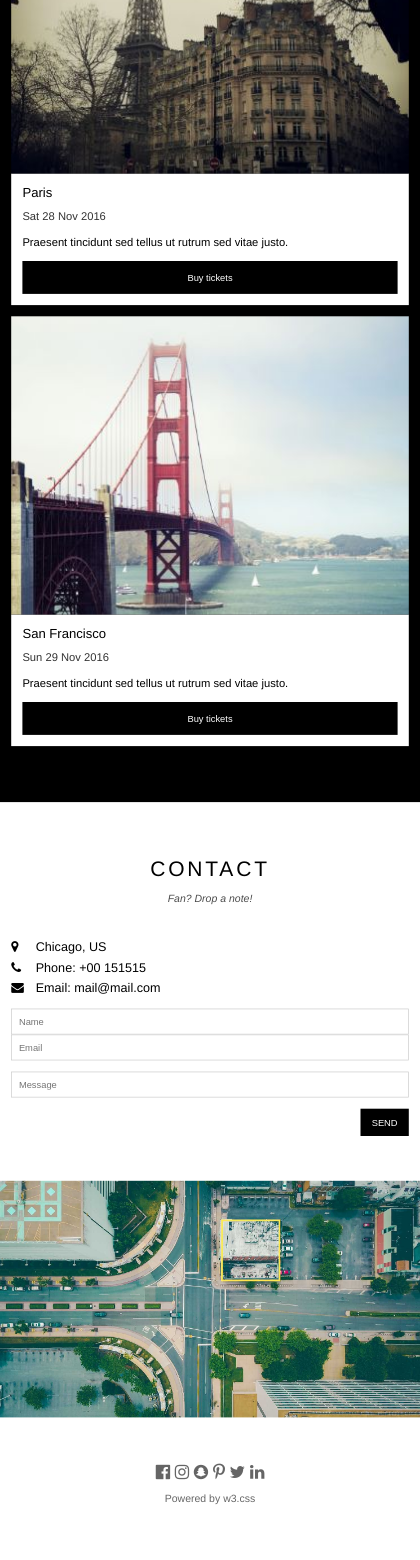
Repository: vuongtm1999/TheBand_W3School
Page: index.html
The author's editor kept a copy of each file at every save. The page is drawn from the files as they stood at one save, then again after the next save.
The browser window is 600 px wide. The pictures show the part of the page from y = 3157 to 5397 px (the page is 5385 px tall before and 5397 px after), at 70% of full size.

Above is the page before, as saved 2022-08-31 08:52:44.

### index.html
<!DOCTYPE html>
<html lang="en">
<head>
    <meta charset="UTF-8">
    <meta http-equiv="X-UA-Compatible" content="IE=edge">
    <meta name="viewport" content="width=device-width, initial-scale=1.0">
    <title>The band</title>
    <link rel="stylesheet" href="./assets/css/style.css">
    <link rel="stylesheet" href="./assets/css/responsive.css">
    <link rel="stylesheet" href="https://cdnjs.cloudflare.com/ajax/libs/font-awesome/4.7.0/css/font-awesome.min.css">
    <link rel="icon" href="assets/img/place/paris.jpg" type="image/x-icon">
</head>
<body>
        <div id="header">
            <!-- begin: nav -->
            <ul id="nav">
                <li><a href="#">Home</a></li>
                <li><a href="#band">Bank</a></li>
                <li><a href="#tour">Tour</a></li>
                <li><a href="#contact">Contact</a></li>
                <li>
                    <a href="#">More <i style="font-size: 15px;" class="fa fa-caret-down"></i></a>
                    <ul class="subnav">
                        <li><a href="#">Merchandise</a></li>
                        <li><a href="#">Extras</a></li>
                        <li><a href="#">Media</a></li>
                    </ul>
                </li>
            </ul>
            <!-- end: nav -->

            <!-- begin: search button -->
            <div class="search-button">
                <i class="fa fa-search"></i>
            </div>
            <!-- end: search button -->

            <div class="mobile-menu-btn">
                <i class="fa fa-bars" aria-hidden="true"></i>
            </div>
        </div>



        <div id="content">

            <div id="slider">
                <div class="text-content">
                    <div class="container">
                        <h3 class=text-heading>
                            Chicago
                        </h3>
                        <div class="text-description">
                            Thank you, Chicago - A night we won't forget.
                        </div>
                    </div>
                </div>
            </div>

            <!-- about section -->
            <div id="band" class="content-section">
                <h2 class="section-heading">THE BAND</h2>
                <p class="section-sub-heading">We love music</p>
                <p class="section-about-text">We have created a fictional band website. Lorem ipsum dolor sit amet, consectetur adipiscing elit, sed do eiusmod tempor incididunt ut labore et dolore magna aliqua. Ut enim ad minim veniam, quis nostrud exercitation ullamco laboris nisi ut aliquip ex ea commodo consequat. Duis aute irure dolor in reprehenderit in voluptate velit esse cillum dolore eu fugiat nulla pariatur. Excepteur sint occaecat cupidatat non proident, sunt in culpa qui officia deserunt mollit anim id est laborum consectetur adipiscing elit, sed do eiusmod tempor incididunt ut labore et dolore magna aliqua. Ut enim ad minim veniam, quis nostrud exercitation ullamco laboris nisi ut aliquip ex ea commodo consequat.</p>

                <div class="member-list">

                    <div class="col col-third s-col-full-width">
                        <p class="member-name">Name</p>
                        <img class="member-image s-mb-16" src="assets/img/bandmember.jpg" alt="member">
                    </div>

                    <div class="col col-third s-col-full-width">
                        <p class="member-name">Name</p>
                        <img class="member-image s-mb-16" src="assets/img/bandmember.jpg" alt="member">
                    </div>

                    <div class="col col-third s-col-full-width">
                        <p class="member-name">Name</p>
                        <img class="member-image" src="assets/img/bandmember.jpg" alt="member">
                    </div>

                    <div class="clearFloat"></div>
                </div>
            </div>

            <!-- TOUR DATES section -->
            <div id="tour" class="tour-section">
                <div class="content-section">
                    <h2 class="section-heading">TOUR DATES</h2>
                    <p class="section-sub-heading">Remember to book your tickets!</p>

                    <br>

                    <ul class="ticket-list">
                        <li>September <span class="soldout">Sold out</span></li>
                        <li>October <span class="soldout">Sold out</span></li>
                        <li>November <span class="quantity">3</span></li>
                    </ul>

                    <div class="row place-ticket">

                        <div class="col col-third s-col-full-width s-mb-16">
                            <img src="assets/img/place/newyork.jpg" alt="img-ticket" class="place-img">
                            <div class="place-body">
                                <h3 class="place-city">New York</h3>
                                <p class="place-time">Fri 27 Nov 2016</p>
                                <p class="place-description">Praesent tincidunt sed tellus ut rutrum sed vitae justo.</p>
                                <button class="place-buy-tickets btn-common s-btn js-buy-ticket">Buy tickets</button>
                            </div>
                        </div>

                        <div class="col col-third s-col-full-width s-mb-16">
                            <img src="assets/img/place/paris.jpg" alt="img-ticket" class="place-img">
                            <div class="place-body">
                                <h3 class="place-city">Paris</h3>
                                <p class="place-time">Sat 28 Nov 2016</p>
                                <p class="place-description">Praesent tincidunt sed tellus ut rutrum sed vitae justo.</p>
                                <button class="place-buy-tickets btn-common s-btn js-buy-ticket">Buy tickets</button>
                            </div>
                        </div>

                        <div class="col col-third s-col-full-width s-mb-16">
                            <img src="assets/img/place/sanfran.jpg" alt="img-ticket" class="place-img">
                            <div class="place-body">
                                <h3 class="place-city">San Francisco</h3>
                                <p class="place-time">Sun 29 Nov 2016</p>
                                <p class="place-description">Praesent tincidunt sed tellus ut rutrum sed vitae justo.</p>
                                <button class="place-buy-tickets btn-common s-btn js-buy-ticket">Buy tickets</button>
                            </div>
                        </div>

                        <div class="clearFloat"></div>
                    </div>
                </div>
            </div>



            <!-- CONTACT section -->
            <div id="contact" class="content-section">
                <h2 class="section-heading">CONTACT</h2>
                <p class="section-sub-heading">Fan? Drop a note!</p>

                <div class="row contact-items">
                    <div class="col col-half contact-info s-col-full-width">
                        <p><i class="fa fa-map-marker" aria-hidden="true"></i>   Chicago, US</p>
                        <p><i class="fa fa-phone" aria-hidden="true"></i> Phone: +00 151515</p>
                        <p><i class="fa fa-envelope" aria-hidden="true"></i>  Email: mail@mail.com</p>
                    </div>
                    <div class="col col-half contact-form s-col-full-width s-mt-16">
                        <form action="">
                        <div class="row">
                            <div class="col col-half s-col-full-width">
                                <input type="text" required placeholder="Name" class="p-10 btn-contact contact-input-name">
                            </div>
                            <div class="col col-half s-col-full-width s-mt-14">
                                <input type="email" required placeholder="Email" class="p-10 btn-contact contact-input-email">
                            </div>
                        </div>
                        <div class="row">
                            <div class="col col-full">
                                <input type="text" required placeholder="Message" class="p-10 btn-contact contact-input-message">
                            </div>
                        </div>

                        <input type="submit" class="contact-btn-send btn-common" value="SEND"></input>
                    </div>
                    </form>
                </div>
            </div>
            <!-- End: contact section -->

            <!-- Map section -->
            <div class="map-section">
                <img src="assets/img/map.jpg" alt="map-img" class="place-img">
            </div>

        </div>

        <!-- Modal dialog -->
        <div class="modal js-modal">
            <div class="modal-container js-modal-container">
                <i class="fa fa-times close-icon js-close-icon" aria-hidden="true"></i>
                <header class="modal-header">
                    <i class="fa fa-suitcase mr-5"></i>
                     Tickets
                </header>
                <div class="modal-body">
                    <label for="quantity-sticket" class="modal-label">
                        <i class="fa fa-shopping-cart" aria-hidden="true"></i>
                        Tickets, $15 per person
                    </label>
                    <input type="text" id="quantity-sticket" class="quantity-sticketet" placeholder="How many?">

                    <label for="send-to-sticket" class="modal-label">
                        <i class="fa fa-user" aria-hidden="true"></i>
                        Send to
                    </label>
                    <input type="text" id="send-to-sticket" class="send-to-sticket" placeholder="Enter email" class=placeholder="Enter email">

                    <button id="btn-pay" class="btn-pay">PAY <i class="fa fa-check" aria-hidden="true"></i></button>
                </div>

                <div class="modal-footer">
                    <button class="btn-close js-close-btn">Close <i class="fa fa-times" aria-hidden="true"></i></button>

                    <div class="modal-text-help">Need <a href="#" id="btn-help">help?</a></div>
                </div>
            </div>
        </div>

        <div class="footer">
            <div class="icon-info">
                <i class="fa fa-facebook-official" aria-hidden="true"></i>
                <i class="fa fa-instagram" aria-hidden="true"></i>
                <i class="fa fa-snapchat" aria-hidden="true"></i>
                <i class="fa fa-pinterest-p" aria-hidden="true"></i>
                <i class="fa fa-twitter" aria-hidden="true"></i>
                <i class="fa fa-linkedin" aria-hidden="true"></i>
            </div>
            <div class="powered">
                <p>Powered by <a href=""></a>w3.css</p>
            </div>
        </div>
    </div>
    <script>
        const buyBtns = document.querySelectorAll('.js-buy-ticket');
        const modal = document.querySelector('.js-modal');
        const closeBtn = document.querySelector('.js-close-btn');
        const closeIcon = document.querySelector('.js-close-icon');
        const modalContainer = document.querySelector('.js-modal-container');

        function showTicketDialog(){
            modal.classList.add('modal-open')
        }

        function hideTicketDialog(){
            modal.classList.remove('modal-open')
        }

        for(const buyBtn of buyBtns){
            buyBtn.addEventListener('click', showTicketDialog);
        }

        closeBtn.addEventListener('click', hideTicketDialog);
        closeIcon.addEventListener('click', hideTicketDialog);

        //Dong khi click ra ngoai modal
        modal.addEventListener('click', hideTicketDialog);
        modalContainer.addEventListener('click', function(even) {
            even.stopPropagation()
        });

        // buyBtns.forEach(function (buyBtn) {
        //     buyBtn.addEventListener('click', showTicketDialog())
        // })

        // Dong mo menu (mobile)
        var menu = document.getElementById("header")
        var menuBtn = document.querySelector(".mobile-menu-btn")
        var menuHeight = menu.clientHeight

        menuBtn.onclick = function(e){
            if(this.clientHeight === menuHeight){
                menu.style.height = 'auto'
                menuHeight = menu.clientHeight
            }else{
                menu.style.height = null
                menuHeight = menu.clientHeight
            }
        }

        //Tu dong dong khi chon menu
        var menuItems =  document.querySelectorAll("#header > ul a[href*='#']")
        for(let i =0;i<menuItems.length;i++){
            menuItem = menuItems[i]



            menuItem.onclick = function(e){
                var isParentMenu = this.nextElementSibling &&
                        this.nextElementSibling.classList.contains("subnav")

                if(isParentMenu){
                    e.preventDefault()
                }else{
                    menu.style.height = null
                    menuHeight = menu.clientHeight
                }
            }
        }

        console.log()
    </script>
</body>
</html>

### assets/css/style.css
/* reset CSS */
* {
    margin: 0;
    padding: 0;
    box-sizing: border-box;
}

html {
    scroll-behavior: smooth;
    font-family: Helvetica, Arial, sans-serif;
}

#nav, .subnav, li{
    list-style-type: none;
}

#nav{
    display: inline-block;
}

/* Common */
.clearFloat{
    /* Khac phuc khi dung float :left */
    clear: both;
}

.btn-common{
    color: white;
    background-color: #000;
    border: none;
}

.btn-common:hover{
    background-color: #ccc;
    color: #000;
}

.row{
    margin-left: -8px;
    margin-right: -8px;
}

.col{
    float: left;
    padding-left: 8px;
    padding-right: 8px;
}

.col::after{
    content: "";
    display: block;
    clear: both;
}

.col-full{
    width: 100%;
}

.col-half{
    width: 50%;
}

.col-third{
    width: 33.3333%;
}

.text-center{
    text-align: center;
}

.p-8{
    padding: 8px;
}

.mb-8{
    margin-bottom: 8px;
}

.p-10{
    padding: 10px;
}

.mr-8{
    margin-right: 8px;
}

/*
Nguyen tac lam viec
1. Vi tri
2. Kich thuoc
3. Mau sac
4. Kieu dang (kieu chu, hinh tron hay hinh vuong,...)
*/

/*
Tu ngoai vao trong
Tu tren xuong duoi
TU tong quan den chi tiet
 */

#main {}

#header {
    position: fixed;
    z-index: 1;
    height: 46px;
    background-color: #000;
    color: #fff;
    top: 0;
    left: 0;
    right: 0;
}

#nav li {
    text-decoration: none;
    line-height: 46px;
}

/* The a */
a{
    text-decoration: none;
}

#nav > li > a {
    /* display: inline-block; */
    padding: 0px 24px;
    color: #ffffff;
    text-transform: uppercase;
}

#nav > li {
    display: inline-block;
}

#nav li:last-child {
    position: relative;
}

#nav .subnav {
    background-color: #fff;
    position: absolute;
    display: none;
    top: 100%;
    left: 0;
    box-shadow:  0px 0px 10px rgba(0, 0, 0, 0.3);
    min-width: 160px;
}

#nav .subnav a{
    color: #000;
    padding: 0px 12px;
    line-height: 30px;
    display: inline-block;
    width: 100%;
}

#nav .subnav li:hover,
#nav > li:hover > a {
    color: #000;
    background-color: #ccc;
    display: block;
}

#nav > li:last-child:hover .subnav{
    display: block;
}

/* search btn */
#header .search-button{
    float: right;
    line-height: 46px;
    padding: 0 24px;
    user-select: none;
}

#header .mobile-menu-btn{
    float: right;
    line-height: 46px;
    padding: 0 24px;
    user-select: none;
    position: absolute;
    right: 0;
    top: 0;
}


#header .search-button:hover{
    background-color: #f44336;
}

#header .mobile-menu-btn:hover{
    background-color: #ccc;
    color: #000;
}

#slider {
    /* background-color: rgb(27, 22, 22); */
    margin-top: 46px;
/* padding-top bang 50% chieu rong cua thanh phan do */
    padding-top: 50%;
    position: relative;
    background: url("/assets/img/chicago.jpg") top center / cover no-repeat;
}

#slider .text-content{
    position: absolute;
    color: white;
    bottom: 48px;

    /* cach 1 */
    /* left: 50%;
    transform: translateX(-50%); */
    /* cach 2 */
    /* left: 0;
    right: 0; */
    /* cach 3 */
    width: 100%;
    text-align: center;
}

.text-heading{
    font-size: 24px;
    font-weight: 400;
}

.text-description{
    margin-top: 25px;
    font-weight: bolder;
    font-size: 15px;
}

#content{
    /* max-width: 100%; */
}

#content .content-section{
    width: 800px;
    max-width: 100%;
    padding: 64px;
    padding-left: 16px;
    padding-right: 16px;
    margin-left: auto;
    margin-right: auto;
}

.content-section .section-heading,
.content-section .section-about-text{
    margin: 15px 0px;
}

.content-section .section-heading,
.content-section .section-sub-heading{
    text-align: center;
}

.content-section .section-sub-heading{
    font-size: 15px;
    opacity: 0.7;
    font-style: italic;
}

.content-section .section-heading{
    font-size: 30px;
    font-weight: 400;
    letter-spacing: 4px;
}

.content-section .section-about-text{
    /* line-height khong co px */
    line-height: 1.5;
    font-size: 15px;
    text-align: justify;
}

.content-section .member-list{
    margin: 32px 0;
    text-align: center;
    /* Khac phuc khi dung float :left */
    /* overflow: hidden; */
}

.content-section .member-name{
    margin: 15px 0;
}

.content-section .member-image{
    width: 154px;
    border-radius: 4px;
}

/* Tour section */
.tour-section{
    background-color: #000;
    min-height: 851px;
}

/*  begin: tour section */
.tour-section .section-heading,
.tour-section .section-sub-heading{
    color: white !important;
}

.tour-section .section-heading{
    margin: 10px 0;
}

.tour-section .section-sub-heading{
    margin: 15px 0;
}

.ticket-list{
    background-color: white;
}

.ticket-list > li{
    font-size: 15px;
    padding: 12px;
    border-bottom: 1px solid #ddd;
    color: #757575;
}

.soldout{
    background-color: #f44336;
    padding: 6px;
    margin-left: 16px;
    color: #fff;
}

.quantity{
    float: right;
    margin-right: 16px;
    background-color: #000;
    width: 24px;
    height: 24px;
    border-radius: 50%;
    color: white;
    text-align: center;
    line-height: 24px;
    margin-top: -3px;
}

/* place-ticket */
.place-ticket{
    /* margin-top: 32px; */
    padding-top: 32px;
}

.place-item{
    float: left;
    width: 33.3333%;
    padding: 0 8px;
}

.place-img{
    width: 100%;
    display: block;
}

.place-img:hover{
    opacity: 0.7;
}

.place-body{
    background-color: white;
    color: rgb(1, 1, 1);
    padding: 16px;
}

.place-city{
    font-weight: 550;
}

.place-time{
    opacity: 0.8;
    margin: 15px 0;
}

.place-description{
    margin: 15px 0;
    line-height: 1.5;
}

.place-buy-tickets{
    padding: 8px 16px;
    display: inline-block;
}

/* modal dialog */
.modal{
    position: fixed;
    background-color: rgba(0, 0, 0, 0.3);
    top: 0;
    left: 0;
    right: 0;
    bottom: 0;

    /* display: flex; */
    align-items: center;
    justify-content: center;

    display: none;
}

.modal-open{
    display: flex !important;
}

.modal-container{
    background-color: #fff;
    width: 900px;
    min-height: 473px;
    position: relative;

    /* reponsive */
    max-width: calc(100% - 32px);
}

.modal-header {
    height: 129px;
    background-color: #009688;
    display: flex;
    align-items: center;
    justify-content: center;
    letter-spacing: 4px;
    font-weight: 400;
    font-size: 30px;
    color: #fff;
}

.mr-5{
    margin-right: 16px;
}
.close-icon{
    position: absolute;
    top: 0;
    right: 0;
    padding: 12px;
    color: #fff;
}

.close-icon:hover{
    background-color: #ccc;
    color: #000
}

.modal-body {
    padding: 0 16px;
}

.modal-label{
    display: block;
    margin: 18px 0 8px 0;
}

.quantity-sticketet,
.send-to-sticket{
    border: 1px solid #ccc;
    padding: 8px;
    font-size: 15px;
    width: 100%;
}

.btn-pay{
    margin: 16px 0;
    width: 100%;
    background-color: #009688;
    padding: 18px;
    color: #fff;
    border: none;
    font-size: 15px;
    text-transform: uppercase;
}

.btn-pay:hover{
    background-color: #ccc;
    color: #000;
    cursor: pointer;
}

.modal-footer{
    padding: 0 18px;
    margin: 16px 0;
}

.modal-text-help{
    float: right;
}

.btn-close{
    padding: 12px 16px;
    font-size: 15px;
    color: #fff;
    background-color: #f44336;
    border: none;
}

.btn-close:hover{
    cursor: pointer;
    background-color: #ccc;
    color: #000;
}

#btn-help{
    text-decoration: underline !important;
    color: #2196F3;
}

.contact-items{
    margin-top: 48px;
}

.contact-info i[class*="fa"]{
    width: 30px;
}

.contact-info {
    line-height: 1.6;
    font-size: 18px;
}

.contact-form{
    font-size: 15px;
}

.row::after{
    content: "";
    display: block;
    clear: both;
}

.contact-input-message{
    margin: 16px 0;
}

.btn-contact{
    border: 1px solid #ccc;

    width: 100%;
}

.contact-btn-send{
    padding: 12px 16px;
    float: right;
}

.footer{
    padding: 64px 0;
    text-align: center;
    color: #000;
    opacity: 0.6;
    font-size: 24px;
}

.powered{
    margin: 15px 0;
    font-size: 15px;
}

.footer .icon-info i:hover{
    opacity: 0.3;
}




#container {
    /* height: 500px;
    background-color: #ccc; */
}

### assets/css/responsive.css

/* PC */
@media (min-width:1024px) {
    #header .mobile-menu-btn{
        display: none !important;
    }
}

/* Tablet */
@media (min-width:740px) and (max-width:1024px) {
    #header .mobile-menu-btn{
        display: none !important;
    }
}

/* Mobile */
@media (max-width:740px) {
    .s-btn{
        width: 100%;
        padding: 16px 16px;
    }

    .s-mb-16{
        margin-bottom: 16px;
    }

    .s-mt-12{
        margin-top: 12px;
    }

    .s-mt-16{
        margin-top: 16px;
    }

    .s-col-full-width{
        width: 100%;
    }

    #header{
        overflow: hidden !important;
    }

    #header .search-button{
        display: none !important;
    }

    #nav{
        display: block !important;
    }

    #nav .subnav{
        position: initial !important;
        background-color: #333 !important;
    }

    #nav .subnav a{
        color: white;
        padding: 8px 41px;
    }

    #nav > li{
        display: block !important;
    }

    #nav > li:first-child{
        display: inline-block !important;
    }

    #band .member-list .member-image{
        width: 60%;
    }
}

After the next save:
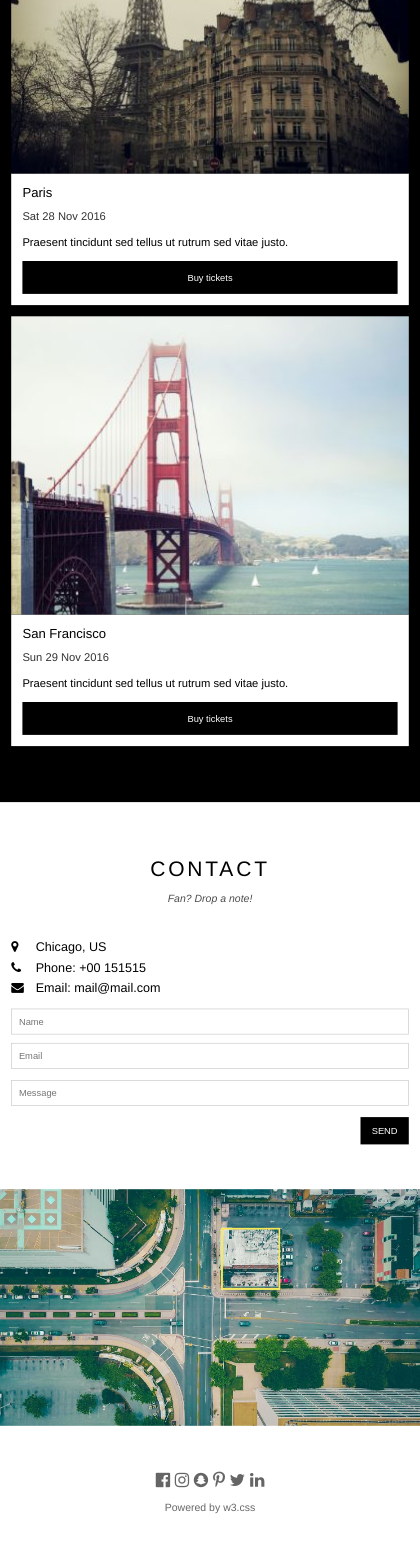
Saved 6 s later.
--- a/assets/css/responsive.css
+++ b/assets/css/responsive.css
@@ -24,7 +24,7 @@
         margin-bottom: 16px;
     }
 
-    .s-mt-12{
+    .s-mt-14{
         margin-top: 12px;
     }
 
